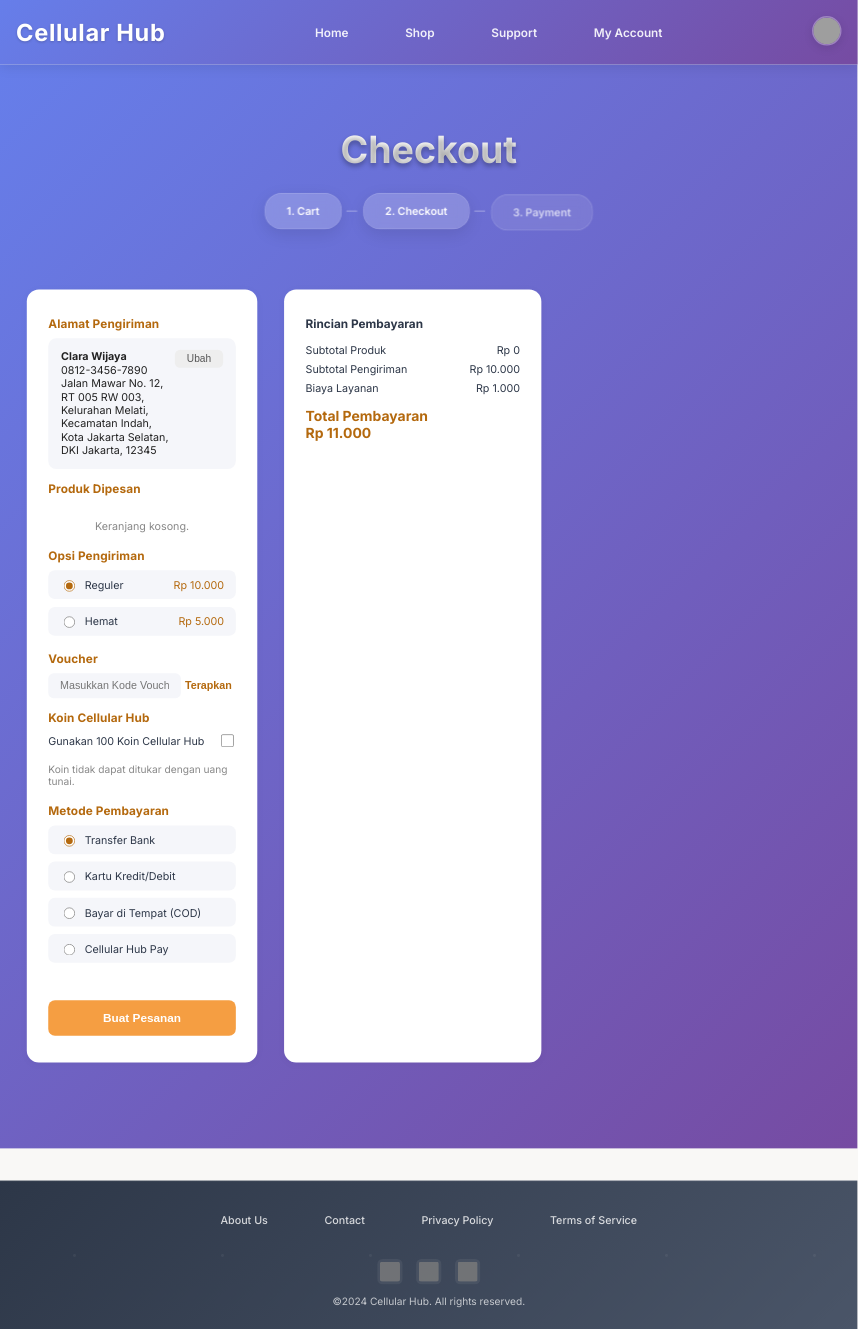
Repository: adrptrp/TP-2_kerja-sama
Page: checkout.html
An editor plug-in stored every save of this project. The page is shown before and after the next save, followed by the edit.
The browser window is 1280 px wide. The pictures show the whole page, at 67% of full size.
Pictures or frames that could not be fetched are drawn as grey boxes.

Above is the page before, as saved 2025-06-28 22:08:10.

### checkout.html
<!DOCTYPE html>
<html lang="id">
<head>
  <meta charset="UTF-8">
  <meta name="viewport" content="width=device-width, initial-scale=1.0">
  <title>Checkout - Cellular Hub</title>
  <link rel="stylesheet" href="css/style.css">
  <link rel="stylesheet" href="css/checkout.css">
  <link rel="stylesheet" href="css/animations.css">
  <link href="https://fonts.googleapis.com/css?family=Inter:400,500,600,700&display=swap" rel="stylesheet">
  <style>
    body { background: #f9f8f6; }
    .checkout-main { display: flex; gap: 2.5rem; max-width: 1100px; margin: 2.5rem auto; }
    .checkout-left { flex: 2; background: #fff; border-radius: 18px; padding: 2.5rem 2rem; box-shadow: 0 2px 12px rgba(0,0,0,0.04); }
    .checkout-right { flex: 1; background: #fff; border-radius: 18px; padding: 2.5rem 2rem; box-shadow: 0 2px 12px rgba(0,0,0,0.04); min-width: 320px; }
    .section-title { font-size: 1.1rem; font-weight: 700; color: #b4690e; margin-bottom: 0.7rem; letter-spacing: 0.01em; }
    .alamat-box { background: #f5f6fa; border-radius: 12px; padding: 1.1rem 1.2rem; margin-bottom: 1.2rem; display: flex; justify-content: space-between; align-items: flex-start; }
    .alamat-info { font-size: 1rem; color: #222; }
    .alamat-ubah-btn { background: #eee; border: none; border-radius: 8px; padding: 0.3rem 1.1rem; font-size: 0.95rem; color: #555; cursor: pointer; }
    .produk-box { display: flex; align-items: center; gap: 1rem; background: #f5f6fa; border-radius: 12px; padding: 1rem 1.2rem; margin-bottom: 1.2rem; }
    .produk-img { width: 48px; height: 48px; border-radius: 8px; background: #fff; display: flex; align-items: center; justify-content: center; }
    .produk-img img { max-width: 100%; max-height: 100%; object-fit: contain; }
    .produk-info { font-size: 1rem; color: #222; }
    .produk-info .produk-nama { font-weight: 600; }
    .produk-info .produk-harga { color: #b4690e; font-weight: 600; font-size: 1rem; }
    .opsi-pengiriman, .metode-pembayaran { margin-bottom: 1.5rem; }
    .opsi-radio { display: flex; flex-direction: column; gap: 0.7rem; }
    .opsi-radio label { display: flex; align-items: center; gap: 0.7rem; background: #f5f6fa; border-radius: 10px; padding: 0.7rem 1.1rem; cursor: pointer; font-size: 1rem; }
    .opsi-radio input[type="radio"] { accent-color: #b4690e; width: 1.1rem; height: 1.1rem; }
    .voucher-row, .koin-row { display: flex; align-items: center; justify-content: space-between; margin-bottom: 1.2rem; }
    .voucher-input { border: none; background: #f5f6fa; border-radius: 8px; padding: 0.6rem 1.1rem; font-size: 1rem; width: 60%; }
    .voucher-btn { background: none; border: none; color: #b4690e; font-weight: 600; cursor: pointer; font-size: 1rem; }
    .koin-toggle { accent-color: #b4690e; width: 1.2rem; height: 1.2rem; }
    .buat-pesanan-btn { background: #f59e42; color: #fff; font-size: 1.1rem; font-weight: 700; border: none; border-radius: 10px; padding: 1rem 0; width: 100%; margin-top: 2rem; cursor: pointer; transition: background 0.2s; }
    .buat-pesanan-btn:hover { background: #b4690e; }
    .rincian-title { font-size: 1.1rem; font-weight: 700; margin-bottom: 1.2rem; }
    .rincian-row { display: flex; justify-content: space-between; margin-bottom: 0.5rem; font-size: 1rem; }
    .rincian-total { font-size: 1.3rem; font-weight: 800; color: #b4690e; margin-top: 1.2rem; }
    @media (max-width: 900px) { .checkout-main { flex-direction: column; gap: 1.5rem; } .checkout-right { min-width: 0; } }
  </style>
</head>
<body>
  <!-- Header -->
  <header class="header">
    <div class="container header__container">
      <div class="header__logo">Cellular Hub</div>
      <nav class="header__nav">
        <a href="index.html">Home</a>
        <a href="shop.html">Shop</a>
        <a href="#">Support</a>
        <a href="#">My Account</a>
      </nav>
      <div class="header__actions">
        <div class="header__user">
          <img src="assets/user.png" alt="User">
        </div>
      </div>
    </div>
  </header>

  <!-- Checkout Section -->
  <section class="checkout-section">
    <div class="container checkout-container" style="max-width:1400px; margin:2.5rem auto;">
      <div class="checkout-header">
        <h1>Checkout</h1>
        <div class="checkout-steps">
          <div class="step active">1. Cart</div>
          <div class="step active">2. Checkout</div>
          <div class="step">3. Payment</div>
        </div>
      </div>
      <div class="checkout-content">
        <div class="checkout-main">
          <div class="checkout-left">
            <div class="section-title">Alamat Pengiriman</div>
            <div class="alamat-box">
              <div class="alamat-info" id="alamat-info">
                <div><b id="nama-penerima">Clara Wijaya</b></div>
                <div id="nomor-telepon">0812-3456-7890</div>
                <div id="alamat-lengkap">Jalan Mawar No. 12, RT 005 RW 003, Kelurahan Melati, Kecamatan Indah, Kota Jakarta Selatan, DKI Jakarta, 12345</div>
              </div>
              <button class="alamat-ubah-btn" onclick="ubahAlamat()">Ubah</button>
            </div>
            <div class="section-title">Produk Dipesan</div>
            <div id="checkout-products-list"></div>
            <div class="section-title">Opsi Pengiriman</div>
            <div class="opsi-pengiriman">
              <div class="opsi-radio">
                <label><input type="radio" name="shipping" value="reg" checked> Reguler <span style="margin-left:auto; color:#b4690e;">Rp 10.000</span></label>
                <label><input type="radio" name="shipping" value="hemat"> Hemat <span style="margin-left:auto; color:#b4690e;">Rp 5.000</span></label>
              </div>
            </div>
            <div class="section-title">Voucher</div>
            <div class="voucher-row">
              <input type="text" class="voucher-input" placeholder="Masukkan Kode Voucher">
              <button class="voucher-btn" onclick="terapkanVoucher()">Terapkan</button>
            </div>
            <div class="section-title">Koin Cellular Hub</div>
            <div class="koin-row">
              <span>Gunakan 100 Koin Cellular Hub</span>
              <input type="checkbox" class="koin-toggle">
            </div>
            <div style="font-size:0.95rem; color:#888; margin-bottom:1.5rem;">Koin tidak dapat ditukar dengan uang tunai.</div>
            <div class="section-title">Metode Pembayaran</div>
            <div class="metode-pembayaran">
              <div class="opsi-radio">
                <label><input type="radio" name="payment" value="bank" checked> Transfer Bank</label>
                <label><input type="radio" name="payment" value="kartu"> Kartu Kredit/Debit</label>
                <label><input type="radio" name="payment" value="cod"> Bayar di Tempat (COD)</label>
                <label><input type="radio" name="payment" value="hubpay"> Cellular Hub Pay</label>
              </div>
            </div>
            <button class="buat-pesanan-btn">Buat Pesanan</button>
          </div>
          <div class="checkout-right">
            <div class="rincian-title">Rincian Pembayaran</div>
            <div id="checkout-summary-list"></div>
            <div class="rincian-total">Total Pembayaran<br><span id="total-summary">Rp 0</span></div>
          </div>
        </div>
      </div>
    </div>
  </section>

  <!-- Footer -->
  <footer class="footer">
    <div class="footer__links">
      <a href="#">About Us</a>
      <a href="#">Contact</a>
      <a href="#">Privacy Policy</a>
      <a href="#">Terms of Service</a>
    </div>
    <div class="footer__copyright">
      <div class="footer__socials">
        <img src="assets/twitter.png" alt="Twitter">
        <img src="assets/facebook.png" alt="Facebook">
        <img src="assets/instagram.png" alt="Instagram">
      </div>
      <span>&copy;2024 Cellular Hub. All rights reserved.</span>
    </div>
  </footer>

  <script src="js/checkout.js"></script>
  <script>
    function ubahAlamat() {
      const nama = prompt("Masukkan nama penerima:", document.getElementById("nama-penerima").textContent);
      const telepon = prompt("Masukkan nomor telepon:", document.getElementById("nomor-telepon").textContent);
      const alamat = prompt("Masukkan alamat lengkap:", document.getElementById("alamat-lengkap").textContent);

      if (nama && telepon && alamat) {
        document.getElementById("nama-penerima").textContent = nama;
        document.getElementById("nomor-telepon").textContent = telepon;
        document.getElementById("alamat-lengkap").textContent = alamat;
        alert("Alamat pengiriman telah diperbarui.");
      }
    }

    function terapkanVoucher() {
      const kodeVoucher = document.querySelector(".voucher-input").value;
      if (kodeVoucher) {
        alert("Voucher '" + kodeVoucher + "' telah diterapkan.");
      } else {
        alert("Silakan masukkan kode voucher terlebih dahulu.");
      }
    }
  </script>
</body>
</html>

### css/style.css
body {
  font-family: 'Inter', Arial, sans-serif;
  margin: 0;
  background: linear-gradient(135deg, #f7fafc 0%, #edf2f7 100%);
  color: #2d3748;
  min-height: 100vh;
  overflow-x: hidden;
}

.container {
  max-width: 1500px;
  margin: 0 auto;
  padding: 0 24px;
}

.header {
  background: linear-gradient(135deg, #667eea 0%, #764ba2 100%);
  box-shadow: 0 4px 20px rgba(0,0,0,0.1);
  padding: 1.5rem 0;
  position: sticky;
  top: 0;
  z-index: 10;
  backdrop-filter: blur(10px);
}
.header__container {
  display: flex;
  align-items: center;
  justify-content: space-between;
}
.header__logo {
  font-weight: 800;
  font-size: 2.2rem;
  letter-spacing: 1px;
  color: white;
  text-shadow: 0 2px 4px rgba(0,0,0,0.2);
}
.header__nav a {
  margin: 0 1.5rem;
  text-decoration: none;
  color: rgba(255, 255, 255, 0.9);
  font-weight: 600;
  font-size: 1.1rem;
  transition: all 0.3s ease;
  padding: 0.5rem 1rem;
  border-radius: 15px;
  position: relative;
}
.header__nav a:hover {
  color: white;
  background: rgba(255, 255, 255, 0.1);
  transform: translateY(-2px);
}
.header__nav a.active {
  color: white;
  background: rgba(255, 255, 255, 0.2);
  box-shadow: 0 4px 15px rgba(0, 0, 0, 0.1);
}
.header__actions {
  display: flex;
  align-items: center;
  gap: 1.5rem;
}
.header__search {
  padding: 0.75rem 1.5rem;
  border-radius: 25px;
  border: none;
  background: rgba(255, 255, 255, 0.9);
  font-size: 1rem;
  transition: all 0.3s ease;
  box-shadow: 0 4px 15px rgba(0, 0, 0, 0.1);
  backdrop-filter: blur(10px);
}
.header__search:focus {
  outline: none;
  background: white;
  box-shadow: 0 8px 25px rgba(0, 0, 0, 0.15);
  transform: translateY(-2px);
}
.header__search::placeholder {
  color: #718096;
}
.header__user img {
  width: 40px;
  height: 40px;
  border-radius: 50%;
  object-fit: cover;
  border: 2px solid rgba(255, 255, 255, 0.3);
  transition: all 0.3s ease;
  box-shadow: 0 4px 15px rgba(0, 0, 0, 0.1);
}
.header__user img:hover {
  transform: scale(1.1);
  border-color: rgba(255, 255, 255, 0.5);
}

.hero {
  position: relative;
  margin: 2.5rem auto 2.5rem auto;
  max-width: 1300px;
  border-radius: 24px;
  overflow: hidden;
  box-shadow: 0 4px 24px rgba(0,0,0,0.07);
  background: #ffffff;
}
.hero__img {
  width: 100%;
  display: block;
  height: 500px;
  object-fit: cover;
  filter: brightness(0.85);
}
.hero__text {
  position: absolute;
  left: 0;
  bottom: 0;
  width: 100%;
  padding: 3rem 3rem 2.5rem 3rem;
  color: #fff;
  background: linear-gradient(0deg, rgba(0,0,0,0.45) 60%, rgba(0,0,0,0.05) 100%);
}
.hero__text h1 {
  margin: 0 0 0.7rem 0;
  font-size: 2.7rem;
  font-weight: 700;
}
.hero__text p {
  margin: 0;
  font-size: 1.25rem;
  font-weight: 400;
}

.section {
  margin: 3rem auto;
  max-width: 1500px;
  padding: 0 24px;
}

.section h2 {
  font-size: 2rem;
  font-weight: 700;
  margin-bottom: 2rem;
  color: #2d3748;
  text-align: center;
  position: relative;
}

.section h2::after {
  content: '';
  position: absolute;
  bottom: -10px;
  left: 50%;
  transform: translateX(-50%);
  width: 60px;
  height: 3px;
  background: linear-gradient(90deg, #667eea, #764ba2);
  border-radius: 2px;
}

.cards {
  display: grid;
  grid-template-columns: repeat(auto-fit, minmax(280px, 1fr));
  gap: 2rem;
}

.card {
  background: rgba(255, 255, 255, 0.95);
  border-radius: 20px;
  box-shadow: 0 10px 30px rgba(0, 0, 0, 0.1);
  padding: 2rem;
  display: flex;
  flex-direction: column;
  align-items: center;
  transition: all 0.4s cubic-bezier(0.175, 0.885, 0.32, 1.275);
  backdrop-filter: blur(10px);
  border: 1px solid rgba(255, 255, 255, 0.2);
  position: relative;
  overflow: hidden;
}

.card::before {
  content: '';
  position: absolute;
  top: 0;
  left: 0;
  right: 0;
  height: 4px;
  background: linear-gradient(90deg, #667eea, #764ba2, #f093fb);
  transform: scaleX(0);
  transition: transform 0.3s ease;
}

.card:hover {
  transform: translateY(-10px) scale(1.02);
  box-shadow: 0 20px 40px rgba(0, 0, 0, 0.15);
}

.card:hover::before {
  transform: scaleX(1);
}

.card img {
  width: 200px;
  height: 300px;
  object-fit: contain;
  margin-bottom: 1.5rem;
  border-radius: 15px;
  background: linear-gradient(135deg, #f7fafc 0%, #edf2f7 100%);
  padding: 1rem;
  transition: all 0.3s ease;
}

.card:hover img {
  transform: scale(1.05);
}

.card h3 {
  margin: 0.5rem 0 1rem 0;
  font-size: 1.3rem;
  font-weight: 700;
  color: #2d3748;
}

.card p {
  margin: 0;
  font-size: 1rem;
  color: #718096;
  text-align: center;
  line-height: 1.6;
}

.footer {
  background: linear-gradient(135deg, #2d3748 0%, #4a5568 100%);
  border-top: 1px solid rgba(255, 255, 255, 0.1);
  margin-top: 3rem;
  padding: 3rem 0 2rem 0;
  text-align: center;
  position: relative;
}

.footer::before {
  content: '';
  position: absolute;
  top: 0;
  left: 0;
  right: 0;
  bottom: 0;
  background: url('data:[embedded picture, 297 characters]');
  pointer-events: none;
}

.footer__links {
  margin-bottom: 2rem;
  position: relative;
  z-index: 1;
}

.footer__links a {
  margin: 0 1.5rem;
  color: rgba(255, 255, 255, 0.8);
  text-decoration: none;
  font-size: 1rem;
  font-weight: 500;
  transition: all 0.3s ease;
  padding: 0.5rem 1rem;
  border-radius: 15px;
}

.footer__links a:hover {
  color: white;
  background: rgba(255, 255, 255, 0.1);
  transform: translateY(-2px);
}

.footer__copyright {
  display: flex;
  flex-direction: column;
  align-items: center;
  gap: 1rem;
  font-size: 0.95rem;
  color: rgba(255, 255, 255, 0.7);
  position: relative;
  z-index: 1;
}

.footer__socials {
  margin-top: 1rem;
}

.footer__socials img {
  width: 30px;
  height: 30px;
  margin: 0 0.5rem;
  vertical-align: middle;
  filter: brightness(0.8);
  opacity: 0.8;
  transition: all 0.3s ease;
  border-radius: 8px;
  padding: 0.25rem;
  background: rgba(255, 255, 255, 0.1);
}

.footer__socials img:hover {
  filter: brightness(1);
  opacity: 1;
  transform: translateY(-2px) scale(1.1);
  background: rgba(255, 255, 255, 0.2);
}

@media (max-width: 1000px) {
  .hero {
    max-width: 98vw;
  }
  .hero__img {
    height: 400px;
  }
  .hero__text {
    padding: 2rem 2rem 1.5rem 2rem;
  }
  .hero__text h1 {
    font-size: 2.2rem;
  }
  .hero__text p {
    font-size: 1.1rem;
  }
}

@media (max-width: 800px) {
  .container, .section {
    padding: 0 20px;
  }
  .hero__text {
    padding: 1.5rem 1.5rem 1rem 1.5rem;
  }
  .hero__img {
    height: 300px;
  }
  .section h2 {
    font-size: 1.6rem;
  }
  .cards {
    grid-template-columns: repeat(auto-fit, minmax(250px, 1fr));
    gap: 1.5rem;
  }
}

@media (max-width: 600px) {
  .header__container {
    flex-direction: column;
    gap: 1rem;
  }
  .hero {
    max-width: 100vw;
  }
  .section {
    margin: 2rem auto;
  }
  .cards {
    grid-template-columns: 1fr;
    gap: 1.5rem;
  }
  .footer__links a {
    margin: 0 0.8rem;
    font-size: 0.9rem;
  }
  .card img {
    width: 180px;
    height: 250px;
  }
  .section h2 {
    font-size: 1.4rem;
  }
}

.hero.hero--full {
  position: relative;
  left: 50%;
  right: 50%;
  margin-left: -50vw;
  margin-right: -50vw;
  width: 100vw;
  min-width: 100vw;
  max-width: 100vw;
  box-sizing: border-box;
  min-height: 80vh;
  padding: 0;
  border-radius: 0;
  display: flex;
  align-items: center;
  justify-content: center;
  text-align: center;
  background: linear-gradient(135deg, #667eea 0%, #764ba2 100%);
  overflow: hidden;
  z-index: 1;
}

.hero__bg {
  position: absolute;
  top: 0;
  left: 0;
  right: 0;
  bottom: 0;
  background: url('data:[embedded picture, 296 characters]');
  pointer-events: none;
}

.hero__center {
  position: relative;
  z-index: 1;
  max-width: 800px;
  padding: 0 2rem;
}

.hero__center h1 {
  font-size: 4rem;
  font-weight: 800;
  margin-bottom: 1.5rem;
  color: white;
  text-shadow: 0 4px 8px rgba(0,0,0,0.3);
  background: linear-gradient(45deg, #fff, #f0f0f0);
  -webkit-background-clip: text;
  -webkit-text-fill-color: transparent;
  background-clip: text;
}

.hero__center p {
  font-size: 1.4rem;
  margin-bottom: 2.5rem;
  color: rgba(255, 255, 255, 0.9);
  line-height: 1.6;
}

.hero__btn {
  display: inline-block;
  padding: 1.2rem 3rem;
  background: linear-gradient(135deg, #48bb78 0%, #38a169 100%);
  color: white;
  text-decoration: none;
  border-radius: 25px;
  font-weight: 700;
  font-size: 1.1rem;
  transition: all 0.3s ease;
  box-shadow: 0 8px 25px rgba(72, 187, 120, 0.3);
  position: relative;
  overflow: hidden;
}

.hero__btn::before {
  content: '';
  position: absolute;
  top: 0;
  left: -100%;
  width: 100%;
  height: 100%;
  background: linear-gradient(90deg, transparent, rgba(255,255,255,0.2), transparent);
  transition: left 0.5s ease;
}

.hero__btn:hover {
  transform: translateY(-3px);
  box-shadow: 0 12px 35px rgba(72, 187, 120, 0.4);
  color: white;
}

.hero__btn:hover::before {
  left: 100%;
}

html, body {
  margin: 0;
  padding: 0;
  width: 100%;
  box-sizing: border-box;
  overflow-x: hidden;
}

### css/animations.css
/* Smooth Animations for Cellular Hub */

/* Fade In Animation */
@keyframes fadeInUp {
  from {
    opacity: 0;
    transform: translateY(30px);
  }
  to {
    opacity: 1;
    transform: translateY(0);
  }
}

@keyframes fadeInDown {
  from {
    opacity: 0;
    transform: translateY(-30px);
  }
  to {
    opacity: 1;
    transform: translateY(0);
  }
}

@keyframes fadeInLeft {
  from {
    opacity: 0;
    transform: translateX(-30px);
  }
  to {
    opacity: 1;
    transform: translateX(0);
  }
}

@keyframes fadeInRight {
  from {
    opacity: 0;
    transform: translateX(30px);
  }
  to {
    opacity: 1;
    transform: translateX(0);
  }
}

/* Scale Animation */
@keyframes scaleIn {
  from {
    opacity: 0;
    transform: scale(0.8);
  }
  to {
    opacity: 1;
    transform: scale(1);
  }
}

/* Bounce Animation */
@keyframes bounce {
  0%, 20%, 53%, 80%, 100% {
    transform: translate3d(0, 0, 0);
  }
  40%, 43% {
    transform: translate3d(0, -8px, 0);
  }
  70% {
    transform: translate3d(0, -4px, 0);
  }
  90% {
    transform: translate3d(0, -2px, 0);
  }
}

/* Shimmer Effect */
@keyframes shimmer {
  0% {
    background-position: -200px 0;
  }
  100% {
    background-position: calc(200px + 100%) 0;
  }
}

/* Pulse Animation */
@keyframes pulse {
  0% {
    transform: scale(1);
  }
  50% {
    transform: scale(1.05);
  }
  100% {
    transform: scale(1);
  }
}

/* Rotate Animation */
@keyframes rotate {
  from {
    transform: rotate(0deg);
  }
  to {
    transform: rotate(360deg);
  }
}

/* Slide In Animations */
@keyframes slideInLeft {
  from {
    transform: translateX(-100%);
  }
  to {
    transform: translateX(0);
  }
}

@keyframes slideInRight {
  from {
    transform: translateX(100%);
  }
  to {
    transform: translateX(0);
  }
}

/* Apply animations to elements */
.fade-in-up {
  animation: fadeInUp 0.6s ease-out;
}

.fade-in-down {
  animation: fadeInDown 0.6s ease-out;
}

.fade-in-left {
  animation: fadeInLeft 0.6s ease-out;
}

.fade-in-right {
  animation: fadeInRight 0.6s ease-out;
}

.scale-in {
  animation: scaleIn 0.5s ease-out;
}

.bounce {
  animation: bounce 1s ease-in-out;
}

.pulse {
  animation: pulse 2s infinite;
}

.rotate {
  animation: rotate 2s linear infinite;
}

/* Hover effects */
.hover-lift {
  transition: transform 0.3s ease, box-shadow 0.3s ease;
}

.hover-lift:hover {
  transform: translateY(-5px);
  box-shadow: 0 10px 25px rgba(0, 0, 0, 0.15);
}

.hover-scale {
  transition: transform 0.3s ease;
}

.hover-scale:hover {
  transform: scale(1.05);
}

.hover-glow {
  transition: box-shadow 0.3s ease;
}

.hover-glow:hover {
  box-shadow: 0 0 20px rgba(102, 126, 234, 0.4);
}

/* Loading animations */
.loading-dots {
  display: inline-block;
}

.loading-dots::after {
  content: '';
  animation: dots 1.5s steps(5, end) infinite;
}

@keyframes dots {
  0%, 20% {
    content: '';
  }
  40% {
    content: '.';
  }
  60% {
    content: '..';
  }
  80%, 100% {
    content: '...';
  }
}

/* Stagger animation for cards */
.card:nth-child(1) { animation-delay: 0.1s; }
.card:nth-child(2) { animation-delay: 0.2s; }
.card:nth-child(3) { animation-delay: 0.3s; }
.card:nth-child(4) { animation-delay: 0.4s; }
.card:nth-child(5) { animation-delay: 0.5s; }
.card:nth-child(6) { animation-delay: 0.6s; }

/* Smooth scrolling */
html {
  scroll-behavior: smooth;
}

/* Focus styles for accessibility */
*:focus {
  outline: 2px solid #667eea;
  outline-offset: 2px;
}

/* Reduced motion for users who prefer it */
@media (prefers-reduced-motion: reduce) {
  *,
  *::before,
  *::after {
    animation-duration: 0.01ms !important;
    animation-iteration-count: 1 !important;
    transition-duration: 0.01ms !important;
    scroll-behavior: auto !important;
  }
}

Loaded but not shown: js/checkout.js (77 lines, source omitted); css/checkout.css (537 lines, source omitted)

After the next save:
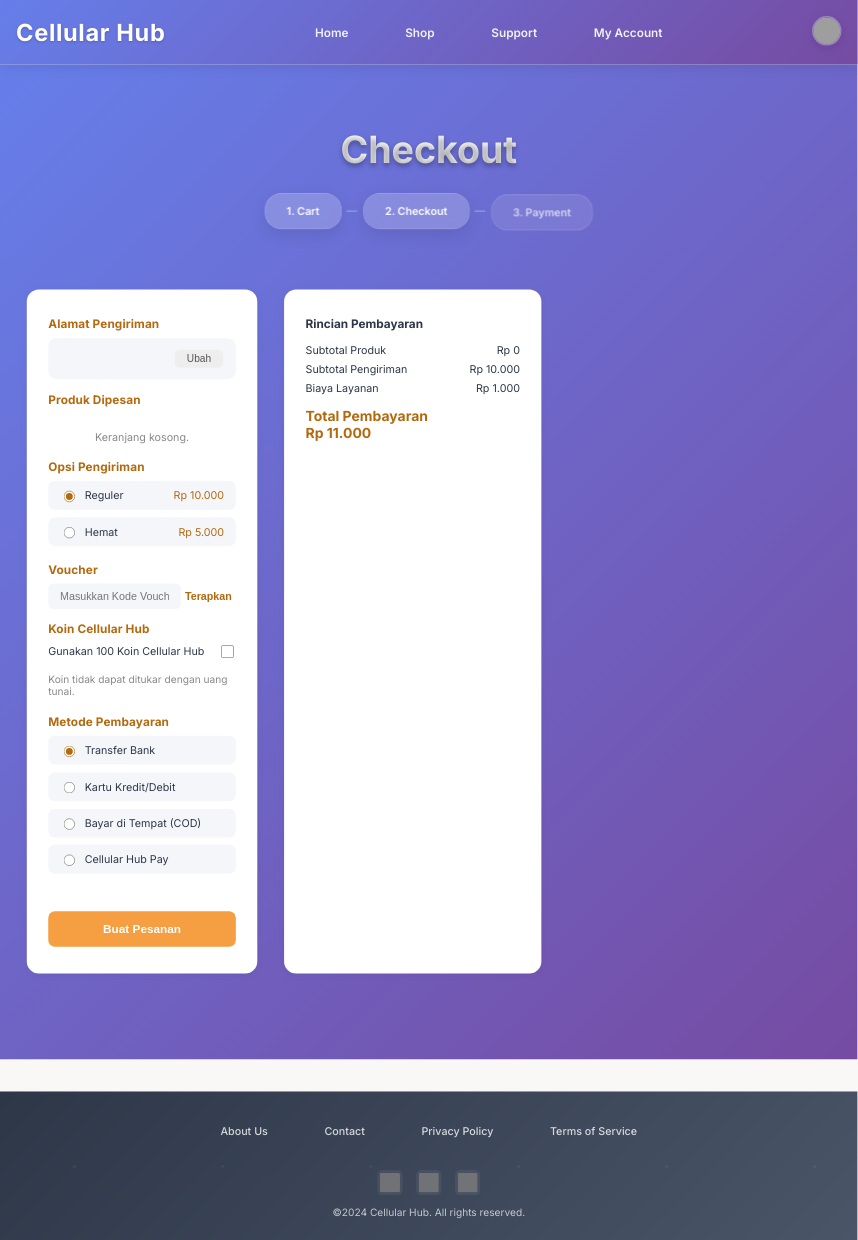
Saved 14 h 26 min later.
--- a/checkout.html
+++ b/checkout.html
@@ -75,9 +75,9 @@
             <div class="section-title">Alamat Pengiriman</div>
             <div class="alamat-box">
               <div class="alamat-info" id="alamat-info">
-                <div><b id="nama-penerima">Clara Wijaya</b></div>
-                <div id="nomor-telepon">0812-3456-7890</div>
-                <div id="alamat-lengkap">Jalan Mawar No. 12, RT 005 RW 003, Kelurahan Melati, Kecamatan Indah, Kota Jakarta Selatan, DKI Jakarta, 12345</div>
+                <div><b id="nama-penerima"></b></div>
+                <div id="nomor-telepon"></div>
+                <div id="alamat-lengkap"></div>
               </div>
               <button class="alamat-ubah-btn" onclick="ubahAlamat()">Ubah</button>
             </div>
